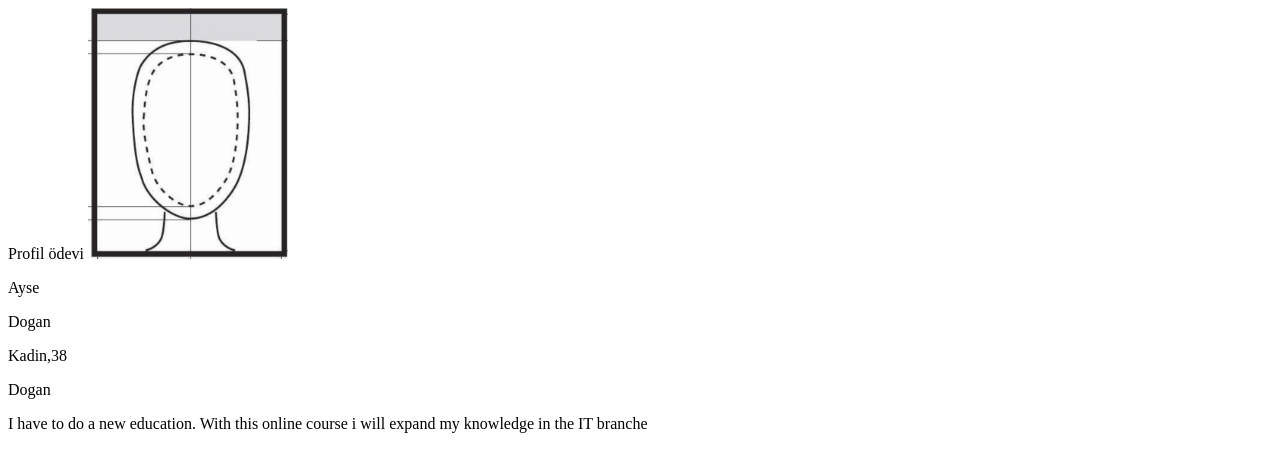
Repository: aysedo/html
Page: Week_2/profile/index.html
These files come from the project's save history. The page is drawn as it stood at one moment and after the next save; the edit follows.
The browser window is 1280 px wide. The pictures show the whole page.

Above is the page before, as saved 2021-08-25 22:35:39.

### Week_2/profile/index.html
<!DOCTYPE html>
<html lang="en">
  <head>
    <meta charset="UTF-8" />
    <meta http-equiv="X-UA-Compatible" content="IE=edge" />
    <meta name="viewport" content="width=device-width, initial-scale=1.0" />
    <title>Document</title>
  </head>
  <body>
    <titel>Profil ödevi</titel>
    <img src="./ornek.png" width="200" alt="bos cerceve">
          <p> Ayse </p>
          <p> Dogan </p>
          <p> Kadin,38 </p>
          <p> Dogan </p>

          <p>I have to do a new education. With this online course i will expand my knowledge in the IT branche</p>

          <address> </address>
        </tr>
      </table>

  </body>
</html>

After the next save:
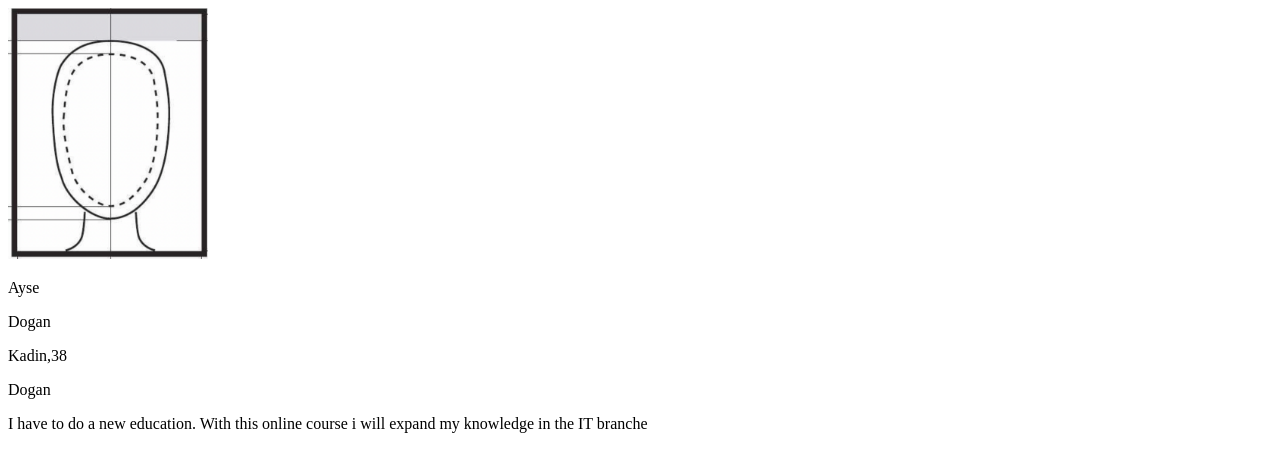
Saved 14 min 45 s later.
--- a/Week_2/profile/index.html
+++ b/Week_2/profile/index.html
@@ -4,10 +4,9 @@
     <meta charset="UTF-8" />
     <meta http-equiv="X-UA-Compatible" content="IE=edge" />
     <meta name="viewport" content="width=device-width, initial-scale=1.0" />
-    <title>Document</title>
+    <title>Profil ödevi</title>
   </head>
-  <body>
-    <titel>Profil ödevi</titel>
+  </body>
     <img src="./ornek.png" width="200" alt="bos cerceve">
           <p> Ayse </p>
           <p> Dogan </p>
